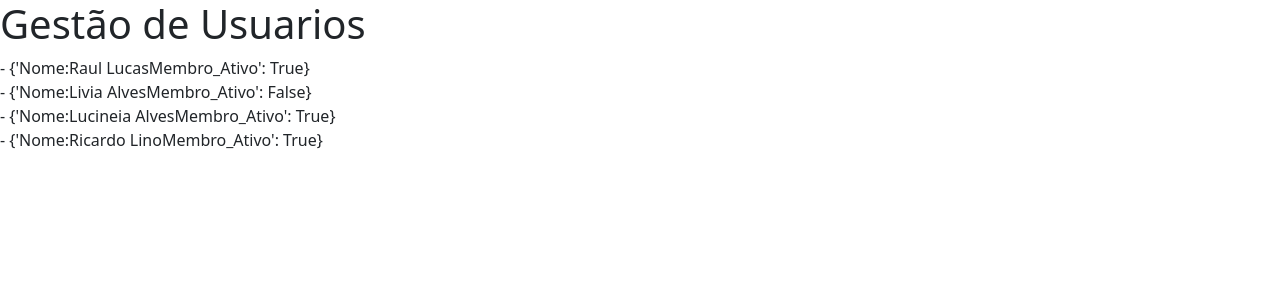
Repository: raullino230/Gest-o-de-Usu-rios
Page: http://localhost/
These files come from the project's save history. The page is drawn as it stood at one moment and after a run of saves; the edit follows.
The browser window is 1280 px wide. The pictures show the whole page.
The page is served by the project's application, run on Flask 3 (main.py).

Above is the page before, as saved 2025-09-14 21:04:19.

### templates/index.html
<!doctype html>
<html lang="en">
  <head>
    <meta charset="utf-8">
    <meta name="viewport" content="width=device-width, initial-scale=1">
    <title>Bootstrap demo</title>
    <link href="https://cdn.jsdelivr.net/npm/bootstrap@5.3.8/dist/css/bootstrap.min.css" rel="stylesheet" integrity="sha384-sRIl4kxILFvY47J16cr9ZwB07vP4J8+LH7qKQnuqkuIAvNWLzeN8tE5YBujZqJLB" crossorigin="anonymous">
  </head>
  <body>
    <h1>{{ titulo }}</h1>

    {% for usuario in usuarios %}
       <div> {{ usuario.nome }} - {{ usuario }} </div>
    {% endfor %}

    <script src="https://cdn.jsdelivr.net/npm/bootstrap@5.3.8/dist/js/bootstrap.bundle.min.js" integrity="sha384-FKyoEForCGlyvwx9Hj09JcYn3nv7wiPVlz7YYwJrWVcXK/BmnVDxM+D2scQbITxI" crossorigin="anonymous"></script>
  </body>
</html>

### main.py
from flask import Flask, url_for, render_template

#inicialização
app = Flask(__name__)

#rotas
@app.route("/")
def ola_mundo():
    titulo = "Gestão de Usuarios"
    usuarios = [
        {"Nome:" "Raul Lucas" "Membro_Ativo": True},
        {"Nome:" "Livia Alves"  "Membro_Ativo": False},
        {"Nome:" "Lucineia Alves"  "Membro_Ativo": True},
        {"Nome:" "Ricardo Lino"  "Membro_Ativo": True},
    ]

    return render_template('index.html', titulo=titulo, usuarios=usuarios)

@app.route("/sobre")
def pagina_sobre():
    return """"
     <a href=https://www.youtube.com/watch?v=fkXlSyWiXVg&list=PLC85vCGMW9rRm4HzhLGUSxdYfy5Mys-Xx&index=31>video legal</a>


"""

#Execução
app.run(debug=True)

After the next 4 saves:
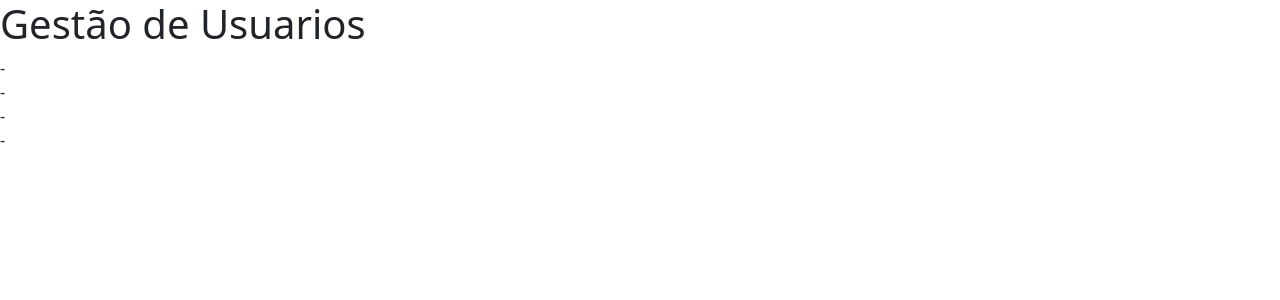
The 4 saves are shown as one change because they came seconds apart.
The last was saved 12 s later.
--- a/templates/index.html
+++ b/templates/index.html
@@ -10,7 +10,7 @@
     <h1>{{ titulo }}</h1>
 
     {% for usuario in usuarios %}
-       <div> {{ usuario.nome }} - {{ usuario }} </div>
+       <div> {{ usuario.nome }} - {{ membro_Ativo }} </div>
     {% endfor %}
 
     <script src="https://cdn.jsdelivr.net/npm/bootstrap@5.3.8/dist/js/bootstrap.bundle.min.js" integrity="sha384-FKyoEForCGlyvwx9Hj09JcYn3nv7wiPVlz7YYwJrWVcXK/BmnVDxM+D2scQbITxI" crossorigin="anonymous"></script>
